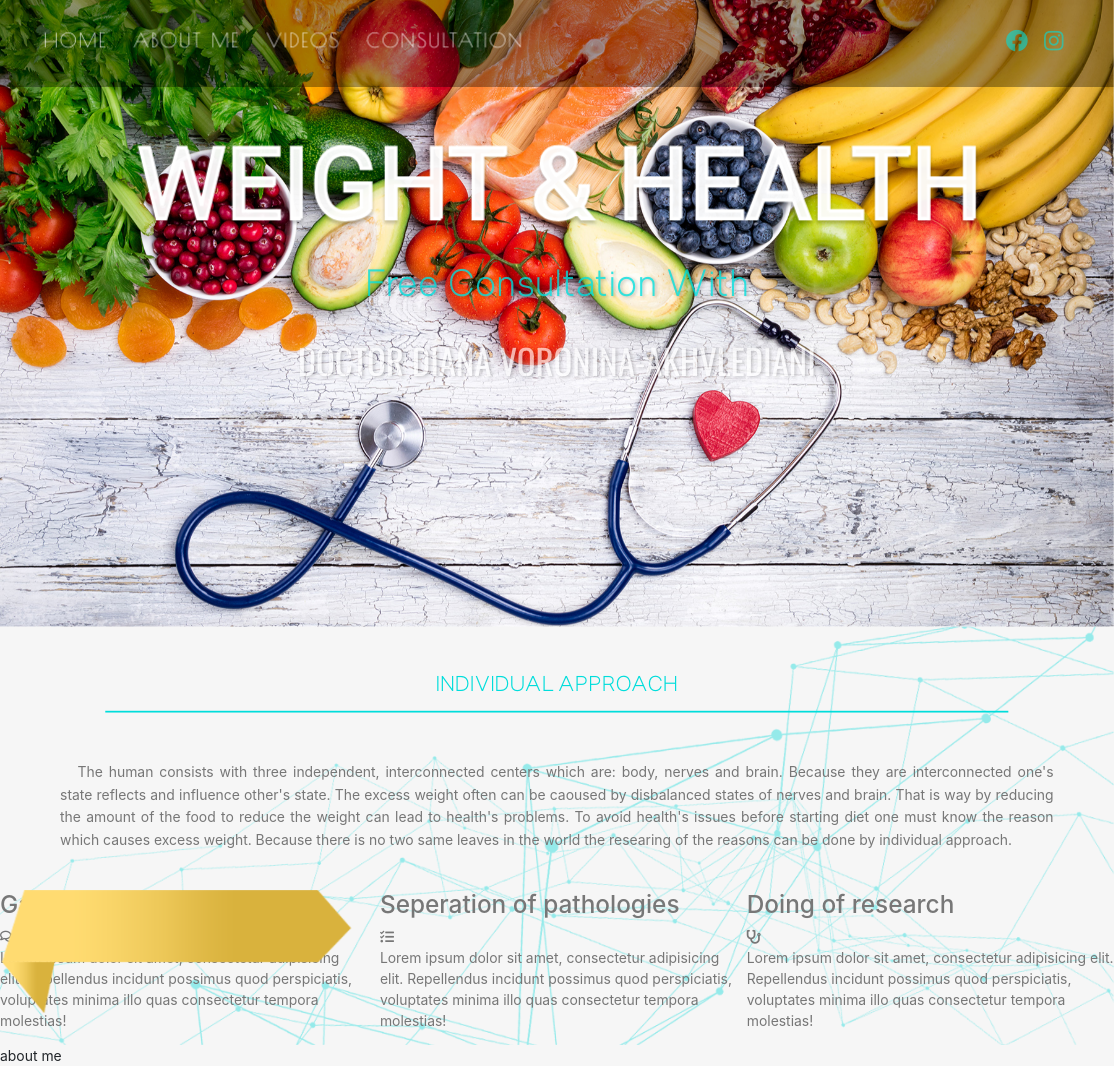
Repository: Aleksandre19/cv-ucmp
Page: index.html
The author's editor kept a record of every edit. The page is drawn from the files as they stood at one moment, then again after the next edit.
The browser window is 1280 px wide. The pictures show the whole page, at 87% of full size.
Backgrounds fixed to the window are drawn as part of the page. Some web libraries are served in a nearby version.

Above is the page before.

### index.html
<!DOCTYPE html>
<html lang="en">

<head>
    <meta charset="UTF-8">
    <meta name="viewport" content="width=device-width, initial-scale=1.0">
    <meta http-equiv="X-UA-Compatible" content="ie=edge">
    <link rel="stylesheet" href="https://stackpath.bootstrapcdn.com/bootstrap/4.4.1/css/bootstrap.min.css" integrity="sha384-Vkoo8x4CGsO3+Hhxv8T/Q5PaXtkKtu6ug5TOeNV6gBiFeWPGFN9MuhOf23Q9Ifjh" crossorigin="anonymous">
    <link rel="stylesheet" href="https://cdnjs.cloudflare.com/ajax/libs/hover.css/2.3.1/css/hover-min.css" type="text/css" />
    <link rel="stylesheet" href="https://cdnjs.cloudflare.com/ajax/libs/font-awesome/5.11.2/css/all.min.css" type="text/css" />
    <link rel="stylesheet" href="assets/css/style.css" type="text/css" />
    <title>Document</title>


</head>

<body>



    <!-- HEADER -->
    <header class="container-fluid header no-gutters">
        <div class="row menuSlWrapper">

            <!-- TOP MAIN MENU -->
            <div class="col-8 col-sm-9 col-md-10 top-menu-wrapper">
                <nav class="navbar navbar-expand-md navbar-light main-menu">
                    <button class="navbar-toggler purple darken-3" type="button" data-toggle="collapse" data-target="#mainMenuDropdown" aria-controls="mainMenuDropdown" aria-expanded="false" aria-label="Toggle navigation">
                        <span class="navbar-toggler-icon"></span>
                    </button>
                    <div class="collapse navbar-collapse" id="mainMenuDropdown">
                        <ul class="navbar-nav mr-auto  ">
                            <li class="navbar-item"><a href="#" class="hvr-float ">home</a></li>
                            <li class="navbar-item"><a href="#" class="hvr-float">about me</a></li>
                            <li class="navbar-item"><a href="#" class="hvr-float">videos</a></li>
                            <li class="navbar-item"><a href="#" class="hvr-float">consultation</a></li>
                        </ul>
                    </div>
                </nav>
            </div>
            <!-- / TOP MAIN MENU -->

            <!-- TOP SOCIAL LINKS -->
            <div class="col-4 col-sm-3 col-md-2 social-links">
                <div class="row">
                    <div class="sl-wrapper">
                        <a href="http://www.facebook.com" target="_blank"><i class="fab fa-facebook"></i></a>
                        <a href="http://www.instagram.com" target="_blank"><i class="fab fa-instagram"></i></a>
                    </div>
                </div>
            </div>
            <!-- /TOP SOCIAL LINKS -->

        </div>
    </header>
    <!-- /HEADER -->


    <section class="container-fluid sections ">
        <!-- Here goes background slideshow's images -->
        <div class="container-fluid slideshow">

            <!-- /Welcoming text animations's container-->
        </div>
    </section>
    <div class="text-container">
        <!-- Welcoming text animations's container-->
        <div id="wh-container">
            <!-- Weight & Health's svg file container  -->
            <!-- Weight & Health's svg file -->
            <svg id="logo" width="100%" height="97" viewBox="0 0 973 97" fill="none" xmlns="http://www.w3.org/2000/svg">
                        <g filter="url(#filter0_d)">
                            <path d="M31.1216 59.2261L32.6938 70.0073L34.9961 60.293L51.168 3.24219H60.2646L76.0435 60.293L78.2896 70.1758L80.0303 59.1699L92.7207 3.24219H103.558L83.7363 85H73.9097L57.064 25.4224L55.7725 19.1895L54.481 25.4224L37.0176 85H27.1909L7.42529 3.24219H18.2065L31.1216 59.2261Z" stroke="white" stroke-width="4" mask="url(#path-1-outside-1)"/>
                            <path d="M161.788 47.2095H126.356V76.1841H167.516V85H115.575V3.24219H166.954V12.1143H126.356V38.3936H161.788V47.2095Z" stroke="white" stroke-width="4" mask="url(#path-1-outside-1)"/>
                            <path d="M192.503 85H181.722V3.24219H192.503V85Z" stroke="white" stroke-width="4" mask="url(#path-1-outside-1)"/>
                            <path d="M272.633 74.2749C269.863 78.243 265.988 81.2191 261.009 83.2031C256.068 85.1497 250.303 86.123 243.714 86.123C237.051 86.123 231.136 84.5695 225.97 81.4624C220.804 78.3179 216.799 73.8631 213.954 68.0981C211.146 62.3332 209.705 55.651 209.63 48.0518V40.9204C209.63 28.6043 212.494 19.0584 218.221 12.2827C223.986 5.507 232.072 2.11914 242.479 2.11914C251.014 2.11914 257.883 4.30908 263.087 8.68896C268.29 13.0314 271.472 19.2082 272.633 27.2192H261.852C259.83 16.4006 253.391 10.9912 242.535 10.9912C235.31 10.9912 229.826 13.5368 226.083 18.6279C222.376 23.6816 220.505 31.0189 220.467 40.6396V47.3218C220.467 56.4933 222.564 63.7931 226.756 69.2212C230.949 74.6118 236.62 77.3071 243.771 77.3071C247.813 77.3071 251.351 76.8579 254.383 75.9595C257.416 75.061 259.924 73.5449 261.908 71.4111V53.0493H242.984V44.2896H272.633V74.2749Z" stroke="white" stroke-width="4" mask="url(#path-1-outside-1)"/>
                            <path d="M353.492 85H342.655V47.2095H301.439V85H290.658V3.24219H301.439V38.3936H342.655V3.24219H353.492V85Z" stroke="white" stroke-width="4" mask="url(#path-1-outside-1)"/>
                            <path d="M427.445 12.1143H401.166V85H390.44V12.1143H364.217V3.24219H427.445V12.1143Z" stroke="white" stroke-width="4" mask="url(#path-1-outside-1)"/>
                            <path d="M462.035 63.0444C462.035 59.1138 463.12 55.5013 465.292 52.207C467.5 48.9128 471.693 45.0757 477.87 40.6958C474.238 36.2785 471.805 32.7222 470.57 30.0269C469.334 27.3315 468.717 24.6549 468.717 21.9971C468.717 15.7829 470.551 10.9163 474.22 7.39746C477.888 3.87858 482.867 2.11914 489.156 2.11914C494.771 2.11914 499.413 3.76628 503.082 7.06055C506.751 10.3174 508.585 14.4352 508.585 19.4141C508.585 22.7083 507.743 25.7593 506.058 28.5669C504.411 31.3371 501.51 34.257 497.354 37.3267L491.346 41.7627L509.54 63.4937C512.085 58.6271 513.358 53.2178 513.358 47.2656H522.735C522.735 56.8115 520.433 64.729 515.829 71.0181L527.508 85H515.042L509.596 78.5425C506.826 81.0132 503.569 82.9036 499.825 84.2139C496.119 85.4867 492.338 86.123 488.482 86.123C480.509 86.123 474.107 84.008 469.278 79.7778C464.449 75.5477 462.035 69.9699 462.035 63.0444ZM488.482 77.644C493.985 77.644 499.02 75.5477 503.587 71.355L483.653 47.4902L481.8 48.8379C475.549 53.4424 472.423 58.1779 472.423 63.0444C472.423 67.4618 473.845 70.9993 476.69 73.6572C479.573 76.3151 483.504 77.644 488.482 77.644ZM479.105 21.6602C479.105 25.2539 481.314 29.7461 485.731 35.1367L492.357 30.4761C494.903 28.6792 496.643 26.9759 497.579 25.3662C498.515 23.7191 498.983 21.735 498.983 19.4141C498.983 16.9059 498.047 14.8283 496.175 13.1812C494.304 11.4966 491.945 10.6543 489.1 10.6543C486.03 10.6543 483.597 11.7025 481.8 13.7988C480.003 15.8577 479.105 18.4782 479.105 21.6602Z" stroke="white" stroke-width="4" mask="url(#path-1-outside-1)"/>
                            <path d="M628.751 85H617.914V47.2095H576.698V85H565.917V3.24219H576.698V38.3936H617.914V3.24219H628.751V85Z" stroke="white" stroke-width="4" mask="url(#path-1-outside-1)"/>
                            <path d="M694.112 47.2095H658.68V76.1841H699.84V85H647.899V3.24219H699.278V12.1143H658.68V38.3936H694.112V47.2095Z" stroke="white" stroke-width="4" mask="url(#path-1-outside-1)"/>
                            <path d="M758.407 63.6621H724.154L716.461 85H705.343L736.563 3.24219H745.997L777.274 85H766.212L758.407 63.6621ZM727.411 54.79H755.206L741.28 16.5503L727.411 54.79Z" stroke="white" stroke-width="4" mask="url(#path-1-outside-1)"/>
                            <path d="M799.117 76.1841H837.862V85H788.28V3.24219H799.117V76.1841Z" stroke="white" stroke-width="4" mask="url(#path-1-outside-1)"/>
                            <path d="M891.151 12.1143H864.872V85H854.146V12.1143H827.923V3.24219H891.151V12.1143Z" stroke="white" stroke-width="4" mask="url(#path-1-outside-1)"/>
                            <path d="M966.114 85H955.277V47.2095H914.061V85H903.28V3.24219H914.061V38.3936H955.277V3.24219H966.114V85Z" stroke="white" stroke-width="4" mask="url(#path-1-outside-1)"/>
                        </g>
                        <defs>
                            <filter id="filter0_d" x="0.884155" y="0.119141" width="971.23" height="96.0039" filterUnits="userSpaceOnUse" color-interpolation-filters="sRGB">
                                <feFlood flood-opacity="0" result="BackgroundImageFix"/>
                                <feColorMatrix in="SourceAlpha" type="matrix" values="0 0 0 0 0 0 0 0 0 0 0 0 0 0 0 0 0 0 127 0"/>
                                <feOffset dy="4"/>
                                <feGaussianBlur stdDeviation="2"/>
                                <feColorMatrix type="matrix" values="0 0 0 0 0 0 0 0 0 0 0 0 0 0 0 0 0 0 0.20 0"/>
                                <feBlend mode="normal" in2="BackgroundImageFix" result="effect1_dropShadow"/>
                                <feBlend mode="normal" in="SourceGraphic" in2="effect1_dropShadow" result="shape"/>
                            </filter>
                        </defs>
                    </svg>
            <!-- /Weight & Health's svg file -->
            <span class="sr-only"> Weight & Health </span>
            <!-- Span for screen reader -->
        </div>
        <!-- Weight & Health's svg file container  -->

        <!-- Consultation section -->
        <div id="free-consultation-text">
            <h1>Free Consultation With </h1>
        </div>
        <!-- /Consultation section -->

        <!-- Diana's section -->
        <div id="diana">
            <h2>
                Doctor Diana Voronina-Akhvlediani
            </h2>
        </div>
        <!--/ Diana's section -->

        <p><button class="btn btn-lg btn-signUp" data-toggle="modal" data-target="#signUpModal">Sign Up</button></p>
        <!-- Sing up button -->

    </div>


    <!-- Individual approach section-->
    <section class="sections individual-section">

        <article class="description">
            <h2 class="section-title individual-title">
                Individual approach
                <hr class="section-title-underline individual-title-underline">
            </h2>
            <p>
                The human consists with three independent, interconnected centers which are: body, nerves and brain.
                Because they are interconnected one's state reflects and influence other's state.
                The excess weight often can be caoused by disbalanced states of nerves and brain.
                That is way by reducing the amount of the food to reduce the weight can lead to health's problems.
                To avoid health's issues before starting diet one must know the reason which causes excess weight.
                Because there is no two same leaves in the world the researing of the reasons can be done by individual approach.
            </p>


        </article>
        <div class="container-fluid individual-steps-wrapper">
            <div class="row">
                <div class="col-sm-4 individual-steps gathering-information">
                    <div class="row">
                        <article>
                            <h3 class="steps-title gathering-title">
                                Gathering approach
                            </h3>
                            <i class="far fa-comments"></i>
                            <p class="steps-text gathering-text">
                                Lorem ipsum dolor sit amet,
                                consectetur adipisicing elit.
                                Repellendus incidunt possimus quod
                                perspiciatis, voluptates minima illo quas
                                consectetur tempora molestias!

                            </p>
                        </article>
                    </div>
                </div>

                <div class="col-sm-4 individual-steps separation">
                    <div class="row">
                        <article>
                            <h3 class="steps-title separation-title">
                                Seperation of pathologies
                            </h3>
                            <i class="fas fa-tasks"></i>
                            <p class="steps-text separation-text">
                                Lorem ipsum dolor sit amet,
                                consectetur adipisicing elit.
                                Repellendus incidunt possimus quod
                                perspiciatis, voluptates minima illo quas
                                consectetur tempora molestias!
                            </p>
                        </article>
                    </div>
                </div>

                <div class="col-sm-4 approach-steps research">
                    <div class="row">
                        <article>
                            <h3 class="steps-title research-title">
                                Doing of research
                            </h3>
                            <i class="fas fa-stethoscope"></i>
                            <p class="steps-text research-text">
                                Lorem ipsum dolor sit amet,
                                consectetur adipisicing elit.
                                Repellendus incidunt possimus quod
                                perspiciatis, voluptates minima illo quas
                                consectetur tempora molestias!
                            </p>
                        </article>
                    </div>
                </div>
            </div>
        </div>

    </section>
    <!-- /Individual approach section-->


    <!-- About Me section-->
    <section>
        about me
    </section>
    <!-- /About Me section-->


    <!-- Videos section-->
    <section>

    </section>
    <!-- /Videos section-->


    <!-- Feedbacks section-->
    <section>

    </section>
    <!-- /Feedbacks section-->


    <!-- Consultation's section-->
    <section>

    </section>
    <!-- /Consultation's section-->


    <!-- footer section -->
    <footer>

    </footer>
    <!-- /footer section -->

    <!-- / All site wrapper div -->

    <!-- Sign up pop up -->
    <div id="modalContainer">
        <div class="modal" tabindex="-1" role="dialog" id="signUpModal">
            <div class="modal-dialog" role="document">
                <div class="modal-content">
                    <div class="modal-header">

                        <h3>
                            For more information please fill the from below and i will reach you within 24 hours.
                        </h3>

                        <button type="button" class="close" data-dismiss="modal" aria-label="Close">
                              <span aria-hidden="true">&times;</span>
                        </button>
                    </div>
                    <div class="modal-body">
                        <form>
                            <div class="form-group">
                                <label for="formGroupExampleInput">Example label</label>
                                <input type="text" class="form-control" id="formGroupExampleInput">
                            </div>
                            <div class="form-group">
                                <label for="exampleInputEmail1">Email address</label>
                                <input type="email" class="form-control" id="exampleInputEmail1" aria-describedby="emailHelp">
                                <small id="emailHelp" class="form-text text-muted">I'll never share your email with anyone else.</small>
                            </div>
                            <div class="form-group">
                                <label for="exampleFormControlTextarea1">Example textarea</label>
                                <textarea class="form-control" id="exampleFormControlTextarea1" rows="3"></textarea>
                            </div>
                            <div class="btn-moddal-wrapper">
                                <button type="submit" class="btn btn-modal">SEND</button>
                                </p>
                        </form>

                        </div>
                    </div>
                </div>
            </div>
            <!-- /Sign up pop up -->

            <!-- Bootstrap's javascript links-->
            <script src="https://code.jquery.com/jquery-3.4.1.slim.min.js" integrity="sha384-J6qa4849blE2+poT4WnyKhv5vZF5SrPo0iEjwBvKU7imGFAV0wwj1yYfoRSJoZ+n" crossorigin="anonymous"></script>
            <script src="https://cdn.jsdelivr.net/npm/popper.js@1.16.0/dist/umd/popper.min.js" integrity="sha384-Q6E9RHvbIyZFJoft+2mJbHaEWldlvI9IOYy5n3zV9zzTtmI3UksdQRVvoxMfooAo" crossorigin="anonymous"></script>
            <script src="https://stackpath.bootstrapcdn.com/bootstrap/4.4.1/js/bootstrap.min.js" integrity="sha384-wfSDF2E50Y2D1uUdj0O3uMBJnjuUD4Ih7YwaYd1iqfktj0Uod8GCExl3Og8ifwB6" crossorigin="anonymous"></script>
            <!-- /Bootstrap's javascript links-->
</body>

</html>

Loaded but not shown: assets/css/style.css (1156 lines, source omitted)

After the next edit:
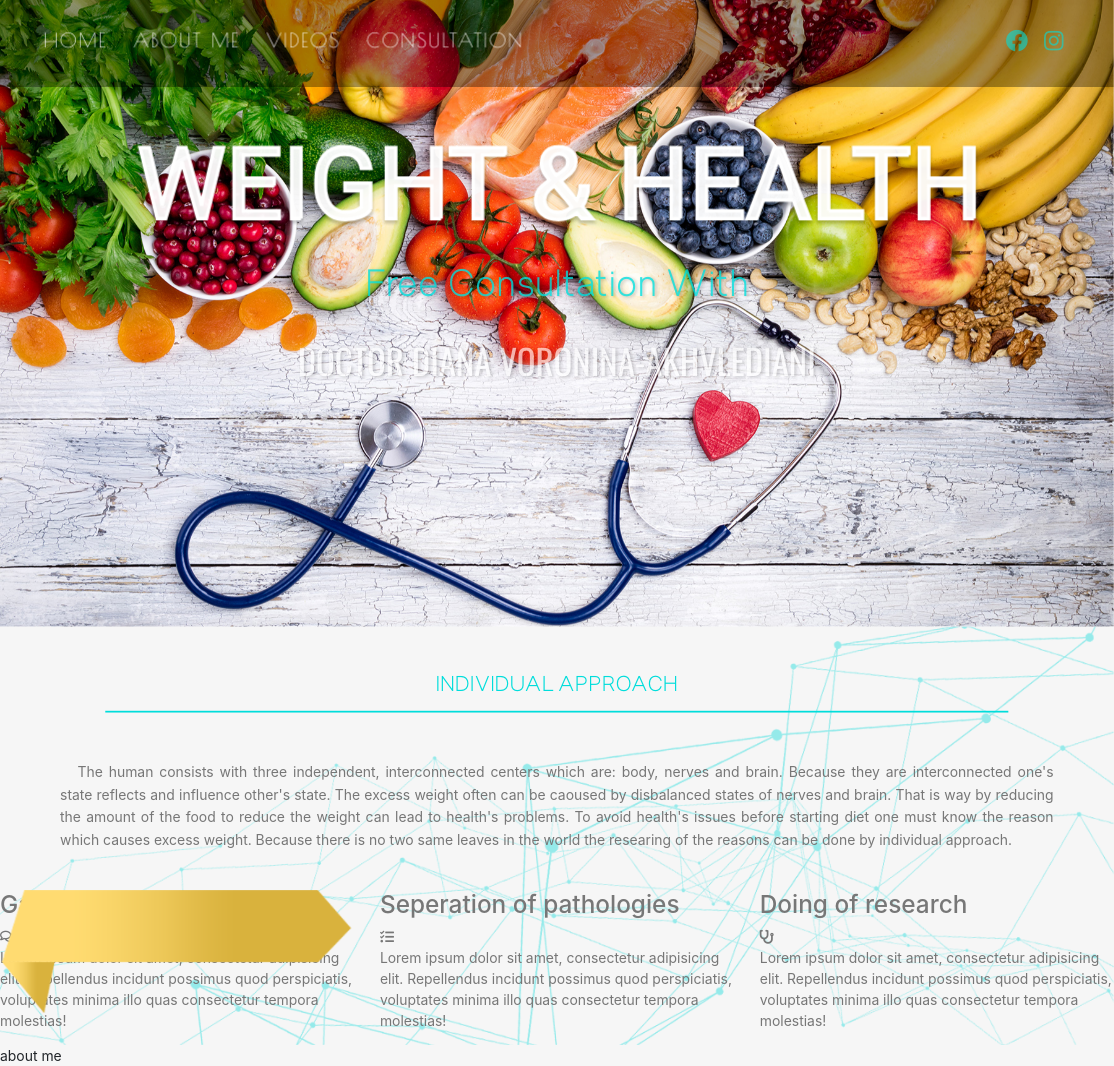
The edit:
--- a/index.html
+++ b/index.html
@@ -180,7 +180,7 @@
                     </div>
                 </div>
 
-                <div class="col-sm-4 approach-steps research">
+                <div class="col-sm-4 individual-steps research">
                     <div class="row">
                         <article>
                             <h3 class="steps-title research-title">
